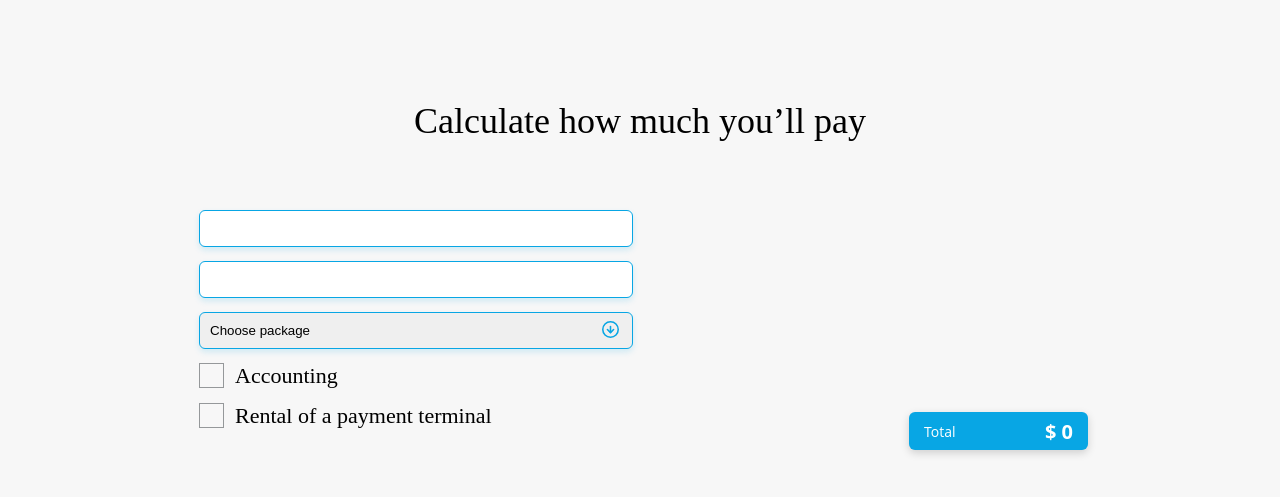
Repository: VolodymyrDubnytskyi/BestShop_project
Page: inedx2.html
These files come from the project's save history. The page is drawn as it stood at one moment and after the next save; the edit follows.
The browser window is 1280 px wide. The pictures show the whole page.

Above is the page before, as saved 2020-01-20 19:47:18.

### inedx2.html
<!DOCTYPE html>
<html lang="en">

<head>
    <meta charset="UTF-8">
    <meta name="viewport" content="width=device-width, initial-scale=1.0">
    <meta http-equiv="X-UA-Compatible" content="ie=edge">
    <title>Document</title>
    <link rel="stylesheet" href="css/style.css">

</head>

<body>
    <div class="calculate-bg">
        <section class="calculate-main">
            <h2 class="calculate-heading">Calculate how much you’ll pay</h2>
            <form action="" class="calculate-form">

                <div class="calculate-box calculate-box-inputs">
                    <input type="number" name="productsQuantity" id="quantity">
                    <input type="number" name="ordersInmonth" id="inMonth">
                    <div class="custom-select-box">
                        <select name="package" id="package" class="selcet-package" aria-placeholder="Products quantity">
                                <option class="disable-option" disabled selected> Choose package</option>
                                <option value="basic">Basic</option>
                                <option value="professional">Professional</option>
                                <option value="premium">Premium</option>
                        </select>
                    </div>

                    <label class="container-new-chekbox container-new-chekbox-accounting ">
                        <input type="checkbox" id="checkboxAccounting">
                        <span class="checkmark"></span>
                        Accounting
                    </label>
                    <label class="container-new-chekbox container-new-chekbox-rental">
                        <input type="checkbox" name="" id="checkboxRental">
                        <span class="checkmark"></span>
                        Rental of a payment terminal
                    </label>


                </div>
            </form>
            <div class="calculate-box calculate-box-value">
                <div id="valueProducts">
                    <span id="products"></span>
                    <span id="productsCalculate"></span>
                    <span id="productsSum"></span>
                </div>
                <div id="valueOrders">
                    <span class="orders"></span>
                    <span class="ordersCalculate"></span>
                    <span class="ordersSum"></span>
                </div>
                <div id="valuePackage">
                    <span class="selectPackage"></span>
                    <span class="selectPackageCalculate"></span>
                    <span class=' selectPackageSum'></span>
                </div>
                <div id="valueAccounting">
                    <span class="accounting"></span>
                    <span class="accountingSum"></span>
                </div>
                <div id="valueTerminal">
                    <span class="terminal"></span>
                    <span class="terminalSum"></span>
                </div>

                <button id="submit" class="btn-submit"> <span class="spant-total-btn">Total</span><span>$ <span  class="for-new-el">0</span> </span></button>
            </div>

        </section>

    </div>
    <script src="js/main.js"></script>
</body>

</html>

### css/style.css
* {
  box-sizing: border-box;
  text-decoration: none;
  margin: 0;
  padding: 0;
}

/* * HEADER SECTION */
header {
  background: url(../img/Background.png) no-repeat center bottom/contain;
  height: 912px;
  width: 100%;
  position: relative;
}
.navbar-container {
  display: flex;
  justify-content: space-between;
  align-items: center;
  height: 100%;
}
.container {
  max-width: 1354px;
  margin: auto;
}
.navbar {
  background: #fff;
  box-shadow: 0px 3px 6px #00000029;
  height: 70px;
  margin-bottom: 138px;
}
.ul-list-nav {
  display: flex;
}
.ul-list-nav li {
  margin: 0 47px;
}
.ul-list-nav li:last-child {
  margin-right: 0;
}
.ul-list-nav li a {
  font: Bold 11px/15px "Open Sans";
  letter-spacing: 3.28px;
  color: #a5a5a5;
  text-transform: uppercase;
  padding: 28px 0 25px 0;
}
.ul-list-nav li a:hover {
  border: none;
  border-bottom: 4px solid #08a6e4;
  color: #000;
}
.logo {
  text-align: left;
  font-size: 32px;
  font-family: "Raleway", sans-serif;
  letter-spacing: 0;
  color: #08a6e4;
  line-height: 38px;
}
/* toggle menu navbar */
.toggle-menu {
  display: none;
  cursor: pointer;
}
.toggle-menu span {
  width: 36px;
  height: 4px;
  background: #07ace6;
  display: block;
  margin-bottom: 8px;
  transition: 0.5s;
  position: relative;
}
.toggle-menu span:nth-child(1) {
  transform-origin: left;
}
.toggle-menu span:nth-child(2) {
  transform-origin: center;
}
.toggle-menu span:nth-child(3) {
  transform-origin: left;
}

.toggle-menu.active-toggle span:nth-child(1) {
  transform: rotate(45deg);
  left: 2px;
}
.toggle-menu.active-toggle span:nth-child(2) {
  transform: rotate(315deg);
  right: 2px;
}
.toggle-menu.active-toggle span:nth-child(3) {
  transform: scaleX(0);
}

.toggle-mobil-active {
  display: block;
  width: 100%;
  height: 176px;
  position: absolute;
  top: -999px;
  background: #ffffff 0% 0% no-repeat padding-box;
  box-shadow: 0px 3px 6px #00000029;
  transition-duration: 0.3s;
}
.toggle-mobil-active .toggle-list {
  display: flex;
  flex-direction: column;
  width: 100%;
  height: 100%;
  padding: 5%;
  letter-spacing: 3.28px;
}

.toggle-list li a {
  font: Bold 11px/15px "Open Sans";
  color: #a5a5a5;
  text-transform: uppercase;
  width: 100%;
  height: 100%;
  display: inline-block;
  padding: 7px 0;
}
.toggle-mobil-active .toggle-list li:hover a {
  color: #000000;
}

/* *Bg-img + h1 content */
.section-for-h1 {
  display: flex;
  justify-content: center;
  align-items: flex-start;
}
h1 {
  text-align: center;
  font: 49px/59px;
  font-size: 49px;
  line-height: 59px;
  font-weight: 550;
  font-family: "Raleway", sans-serif;
  letter-spacing: 0;
  color: #000000;
}
.text-under-h1-line {
  text-align: center;
  font: 400 16px/22px "Open Sans";
  letter-spacing: 0;
  color: #000000;
  margin: 20px 0 38px 0;
}
.open-your-shop-btn {
  background: #08a6e4 0% 0% no-repeat padding-box;
  box-shadow: 5px 10px 14px #07ace629;
  border-radius: 40px;
  font: Bold 16px/22px "Open Sans";
  letter-spacing: 0;
  color: #fff;
  padding: 23px 157px;
}
.open-your-shop-btn:hover {
  background: rgb(7, 134, 184);
  box-shadow: 5px 10px 14px rgba(5, 124, 167, 0.394);
}
/* bg-img */
.sales-platform {
  text-align: center;
  height: 454px;
}
.sales-platform-main-box {
  display: flex;
  justify-content: space-around;
  margin-top: 100px;
}
.sales-platform-boxes {
  position: relative;
  width: 167px;
  height: 176px;
}
.sales-platform-boxes * {
  padding: 10px;
}
.sales-platform-heading {
  flex-basis: 100%;
  text-align: center;
  font: 400 36px/43px "Raleway";
  letter-spacing: 0;
  color: #000000;
}

.circle {
  height: 62px;
  width: 62px;
  border-radius: 50%;
  margin: 10px auto;
}
.circle-red {
  background: #fb3b64 0% 0% no-repeat padding-box;
}
.circle-blue {
  background: #08a6e4 0% 0% no-repeat padding-box;
}
.circle-green {
  background: #55dfb4 0% 0% no-repeat padding-box;
}
/* icons absolute */
.img-absolut {
  position: absolute;
  right: 26px;
  top: 7px;
}
.absotul-img-mid {
  top: 12px;
}

.sales-platform-box-content {
  text-align: center;
  font: 400 17px/20px "Raleway";
  letter-spacing: 0;
  color: #a5a5a5;
}
/* Main */
main {
  background: #f7f7f7 0% 0% no-repeat padding-box;
  /* height: 1395px; */
}
main hr {
  width: 84%;
  height: 0px;
  margin-left: 35px;
}
main h2 {
  text-align: left;
  font: 550 36px/43px "Raleway";
  letter-spacing: 0;
  color: #000000;
}
main p {
  text-align: left;
  font: 400 16px/22px "Open Sans";
  letter-spacing: 0;
  color: #000000;
}
.main-content-boxes {
  height: 370px;
  width: 100%;
  display: flex;
  background-color: #fff;
  margin-bottom: 37px;
  border: 1px solid #e8e9ed;
  border-radius: 5px;
}
.main-content-boxes:last-child {
  margin: 0;
}
.main-content-container {
  max-width: 1354px;
  height: 100%;
  padding: 105px 115px;
}
.main-content-info-box {
  width: 50%;
}
.main-content-img-box {
  width: 50%;
  position: relative;
  display: flex;
  justify-content: center;
}
.rhombus-div {
  width: 180px;
  height: 180px;
  transform: matrix(0.71, 0.71, -0.71, 0.71, 0, 0);
  background: #fb3b64 0% 0% no-repeat padding-box;
  border-radius: 41px;
  margin-left: 229px;
  margin-top: 68px;
}
.main-content-info-box h2 {
  padding: 97px 0 0 35px;
}
.main-content-info-box p {
  padding: 30px 133px 50px 35px;
}
.main-content-img {
  position: absolute;
  bottom: 0;
  padding-bottom: 10%;
}
.hr-for-first-box {
  border: 4px solid #fb3b64;
}

/* Acrticle 2 in main ceontent */
.blue-circle {
  width: 320px;
  height: 320px;
  background: #07ace6 0% 0% no-repeat padding-box;
  border-radius: 50%;
}
.main-content-boxes .main-content-img-box:nth-child(1) {
  align-items: center;
  justify-content: center;
}
.main-content-img-phone {
  padding: 0;
}
h2.main-h2-second-arcticle {
  padding: 75px 198px 0 35px;
}
.hr-for-second-box {
  border: 4px solid #08a6e4;
}
/* LAST BOXES */
.main-content-boxes-split-for-two {
  background-color: #f7f7f7;
  border: none;
}
.maint-contet-last-box-one {
  width: 623px;
  height: 370px;
  margin-right: 70px;
  background-color: #fff;
  border: 1px solid #e8e9ed;
  border-radius: 5px;
}
.maint-contet-last-box-second {
  width: 440px;
  height: 370px;
  background-color: #fff;
  border: 1px solid #e8e9ed;
  border-radius: 5px;
  background: #55dfb4 0% 0%;
  display: flex;
  justify-content: center;
  align-items: center;
  background-image: url(../img/Trumpet.png);
  background-repeat: no-repeat;
  background-size: 290px 180px;
  background-position: center ;

}

.maint-contet-last-box-one > h2 {
  padding: 97px 159px 0 35px;
}
.maint-contet-last-box-one > p {
  padding: 30px 15px 40px 35px;
}
.maint-contet-last-box-one > hr {
  border: 4px solid #55dfb4;
}
/* FOOTER: SECTION WHITH PRICES AND FORM */
.pricing-section {
  text-align: center;
}
.pricing-section h2 {
  text-align: center;
  font: 400 36px/43px "Raleway";
  letter-spacing: 0;
  color: #000000;
  margin-top: 106px;
}
.pricing-box-main {
  display: flex;
  justify-content: space-around;
  align-items: center;
  height: 100%;
  margin-top: 50px;
}
.pricing-box-main .pricing-box:first-child {
  border: 1px solid #fb3b64;
}
.pricing-box-main .pricing-box:nth-child(2) {
  border: 1px solid #07ace6;
}
.pricing-box-main .pricing-box:last-child {
  border: 1px solid #55dfb4;
}
.pricing-box {
  height: 461px;
  width: 372px;
  border-radius: 18px;
  display: flex;
  flex-direction: column;
  justify-content: center;
  align-items: center;
  margin: 0 10px;
}
.pricing-box h3 {
  text-align: left;
  font: Bold 20px/41px "Raleway";
  letter-spacing: 0;
  color: #13253b;
}
.pricing-box h4 {
  text-align: left;
  font: 300 46px/41px "Open Sans";
  letter-spacing: 0;
  color: #fb3b64;
  margin: 15px 0 60px 0;
}
.pricing-box-professional h4 {
  color: #07ace6;
}
.pricing-box-premium h4 {
  color: #55dfb4;
}

.pricing-box-content::before,
.pricing-box-content-dont-ofer::before {
  content: "\f00c";
  font-size: 6px;
  font-weight: bold;
  font-family: "Font Awesome 5 Free";
  border: 1px solid #55dfb4;
  margin-right: 7px;
  padding: 2px;
  border-radius: 2px;
  color: #55dfb4;
}
.pricing-box-content-dont-ofer::before {
  content: "\f00d";
  border: 1px solid #eb476e;
  color: #eb476e;
}
.pricing-box-content {
  font: 400 14px/41px "Open Sans";
  letter-spacing: 0;
  color: #000000;
}
.pricing-box .heading-after-limited-offer::after {
  content: "limited ofer";
  font: Bold 12px/1px "Raleway";
  letter-spacing: 0;
  color: #13253b;
  display: block;
  margin-top: 7px;
}
.pricing-box-professional {
  height: 500px;
  width: 405px;
  box-shadow: 5px 10px 27px #07ace629;
}
.pricing-box-professional:hover {
  box-shadow: 5px 10px 34px rgba(6, 125, 169, 0.401);
}
.pricing-box-main .pricing-box-basic:hover {
  box-shadow: 0px 5px 15px #fb3b64;
}
.pricing-box-main .pricing-box-premium:hover {
  box-shadow: 0px 5px 15px #55dfb4;
}
.begin-links {
  text-align: left;
  font: Bold 13px/41px "Open Sans";
  letter-spacing: 0;
  color: #ffffff;
  background: #eb476e;
  border-radius: 23px;
  width: 150px;
  padding: 2px;
  text-align: center;
  position: relative;
  top: 40px;
}
.begin-links-professional {
  top: 59px;
  background: #07ace6;
  box-shadow: 5px 10px 14px #07ace629;
}
.begin-links-premium {
  background: #55dfb4;
}

.pricing-box-heading {
  display: flex;
  justify-content: center;
  align-items: center;
  flex-direction: column;
}
.pricing-container-for-content {
  display: flex;
  flex-direction: column;
  justify-content: center;
  align-items: center;
}
.begin-links-basic:hover {
  background: linear-gradient(rgb(184, 56, 86), #eb476e);
}
.begin-links-professional:hover {
  background: linear-gradient(rgb(5, 111, 150), #07ace6);
}
.begin-links-premium:hover {
  background: linear-gradient(rgb(61, 165, 132), #55dfb4);
}

/* * FORM AND CONTACT SECTION */
.form-main {
  height: 721px;
  display: flex;
  justify-content: center;
  align-items: center;
}
.form-and-questions-box {
  display: flex;
  width: 896px;
}
.questions-box {
  display: flex;
  flex-wrap: wrap;
  flex-basis: 50%;
  height: 210px;
}
.form-box {
  flex-basis: 50%;
}
.form-box form {
  flex-basis: 50%;
  display: flex;
  flex-direction: column;
}
.questions-box h2 {
  font: 550 49px/59px "Raleway";
  letter-spacing: 0;
  color: #000000;
  margin-bottom: 22px;
  flex-basis: 100%;
}
.questions-box p {
  font: 500 16px/22px "Open Sans";
  letter-spacing: 0;
  color: #000000;
  margin-bottom: 42px;
  flex-basis: 100%;
}
.questions-box span {
  font: 500 16px/22px "Open Sans";
  letter-spacing: 0;
  color: #a5a5a5;
  display: flex;
  justify-content: center;
  align-items: center;
}
.questions-box .mail-icon::before {
  content: url(../img/Mail\ Icon.svg);
  padding-right: 12px;
}
.questions-box .phone-icon::before {
  content: url(../img/Phone\ Icon.svg);
  padding-right: 10px;
  margin-left: 24px;
}
/* Form */
form input:nth-child(2n) {
  padding: 20px;
  border: none;
  border-bottom: 1px solid #95989a;
  margin-bottom: 35px;
}
.i-agree-terms {
  display: flex;
}
.container-new-chekbox {
  display: block;
  position: relative;
  margin-right: 35px;
  margin-bottom: 12px;
  cursor: pointer;
  font-size: 22px;
  user-select: none;
}
.container-new-chekbox input {
  position: absolute;
  opacity: 0;
  cursor: pointer;
  height: 0;
  width: 0;
}
.checkmark {
  position: absolute;
  top: 0;
  left: 0;
  height: 25px;
  width: 25px;
  border: 1px solid #95989a;
}
.checkmark:after {
  content: "";
  position: absolute;
  display: none;
}
.container-new-chekbox input:checked ~ .checkmark:after {
  display: block;
}
.container-new-chekbox .checkmark:after {
  left: 4px;
  top: 4px;
  width: 70%;
  height: 70%;
  background: url(../img/Checkmark.svg) no-repeat center/cover;
}
.i-agree-terms div {
  text-align: left;
  font: 400 12px/17px "Open Sans";
  letter-spacing: 0;
  color: #707070;
}
.lables {
  text-align: left;
  font: Bold 11px/15px "Open Sans";
  letter-spacing: 3.28px;
  color: #08a6e4;
  text-transform: uppercase;
}

.btn-send {
  box-shadow: 5px 10px 14px #07ace629;
  border-radius: 35px;
  background: #08a6e4;
  padding: 20px 97px;
  font: Bold 13px/18px "Open Sans";
  letter-spacing: 0;
  color: #fff;
  border: none;
  margin-top: 25px;
  position: relative;
}
.btn-send:hover {
  background: linear-gradient(90deg, rgba(2, 0, 36, 1) 0%, rgba(9, 9, 121, 1) 4%, rgba(8, 166, 228, 1) 100%);
}
.loading {
  display: inline-block;
  width: 40px;
  height: 40px;
  border: 6px solid #fff;
  border-top-color: #08a6e4;
  border-left-color: #08a6e4;
  border-radius: 50%;
  position: absolute;
  top: 20%;
  left: 41%;
  transform: translate(30%, 50%);
  animation: circle 0.9s linear infinite;
}
@keyframes circle {
  0% {
    transform: rotate(0deg);
  }
  100% {
    transform: rotate(360deg);
  }
}
.button-box {
  display: flex;
  justify-content: flex-end;
}
.social-networks-main {
  width: 100%;
  height: 89px;
  background: #f7f7f7;
  box-shadow: 0px -5px 40px #00000029;
}
.social-networks-box {
  height: 100%;
  display: flex;
  justify-content: space-between;
  align-items: center;
}
.logo-footer {
  font: 300 26px/31px "Raleway";
}
.social-networks-logo > p {
  font: 400 11px/15px "Open Sans";
  letter-spacing: 0;
  color: #a5a5a5;
  margin-top: 6px;
}
.social-networks-links a:first-child {
  margin-right: 20px;
}
.social-networks-links a:hover {
  cursor: pointer;
}

/* ///////////////////////////////////////////// */

.calculate-bg {
  background: #f7f7f7;
  display: flex;
  justify-content: center;
  align-items: center;
  height: 550px;
}
.calculate-main {
  display: flex;
  justify-content: center;
  align-items: center;
  flex-wrap: wrap;
  flex-basis: 70%;
  position: relative;
  height: 350px;
}
.calculate-form {
  display: flex;
  flex-basis: 50%;
  height: 100%;
}
.calculate-heading {
  flex-basis: 100%;
  margin-bottom: 60px;
  text-align: center;
  font: 500 36px/43px "Raleway";
  letter-spacing: 0;
  color: #000000;
}
.calculate-box {
  flex-basis: 50%;
  display: flex;
  flex-direction: column;
  background: #f7f7f7;
}
.calculate-box-value {
  height: 100%;
  padding-left: 50px;
}
.calculate-box-inputs {
  flex-basis: 100%;
  position: relative;
}
.calculate-form .calculate-box-inputs input,
.calculate-form .calculate-box-inputs select {
  margin: 7px;
  padding: 10px;
  border: 1px solid #08a6e4;
  box-shadow: 0px 3px 6px #08a6e429;
  border-radius: 6px;
}
.calculate-form .calculate-box-inputs div {
  margin: 7px;
}
.calculate-form .calculate-box-inputs select {
  margin: 0;
  width: 100%;
  outline: none;
}

.calculate-box-value div {
  display: none;
  justify-content: space-between;
  align-items: center;
  background: #55dfb4;
  box-shadow: 0px 3px 6px #00000029;
  border-radius: 6px;
  margin: 3px;
  padding: 10px;
  height: 32px;
  border: none;
  font: 400 14px/19px "Open Sans";
  letter-spacing: 0;
  color: #ffffff;
}
.btn-submit {
  background: #08a6e4;
  box-shadow: 0px 3px 8px #00000029;
  border-radius: 6px;
  border: none;
  width: 179px;
  height: 38px;
  position: absolute;
  right: 0;
  bottom: 0;
  display: flex;
  justify-content: space-between;
  align-items: center;
  padding: 5px 15px;
}
.btn-submit span {
  font: 400 14px/19px "Open Sans";
  letter-spacing: 0;
  color: #ffffff;
}
.btn-submit span:last-child {
  font: Bold 20px/27px "Open Sans";
}

.calculate-box .container-new-chekbox {
  margin: 7px;
  padding-left: 36px;
}
.selcet-package {
  background-image: url(../img/Arrow\ Down.svg);
  background-repeat: no-repeat;
  background-size: 4%;
  background-position-x: 97%;
  background-position-y: 45%;
  -webkit-appearance: none;
  cursor: pointer;
}

.selcet-package option {
  display: none;
}
.selcet-package-activ-arrow {
  background-image: url(../img/method-draw-image.svg);
}

.disable-option span {
  font: 400 13px/18px "Open Sans";
  letter-spacing: 0;
  color: #a5a5a5;
}

#valueProducts {
  display: none;
}

/*
 */

.select-option-custome {
  position: absolute;
  background: #ffffff;
  box-shadow: 0px 3px 6px #eb476e29;
  border: 1px solid #eb476e;
  border-radius: 6px;
  width: 97%;
  height: 105px;
  z-index: 2;
  display: flex;
  flex-direction: column;
  bottom: 83px;
  text-align: left;
  font: 400 13px/18px "Open Sans";
  letter-spacing: 0;
  color: #000000;
}
.select-option-custome .span-select {
  padding: 8px;
  cursor: pointer;
  /* display: block; */
}
.select-option-custome .span-select:hover {
  background-color: #eb476d1d;
}
/* main rwd */
/* rwd nav */
@media(min-width:1800px){
  header{
    height: 1200px;
  }
}
@media (max-width: 1200px) {
  .ul-list-nav li {
    margin: 0 27px;
  }
  .main-content-container {
    padding: 30px;
  }
}
@media (max-width: 978px) {
  .main-content-img {
    transform: scale(0.7);
  }
  .rhombus-div {
    margin-left: 86px;
    margin-top: 126px;
    width: 127px;
    height: 127px;
  }
  .main-content-info-box h2 {
    padding: 131px 0 0 20px;
  }
  .main-content-info-box p {
    padding: 20px 12px 20px 20px;
  }
  .main-content-info-box hr {
    margin-left: 20px;
  }
  .blue-circle {
    width: 220px;
    height: 220px;
  }

  .main-content-info-box .main-h2-second-arcticle {
    padding: 50px 15px 15px 5px;
  }
  .main-content-info-box .main-h2-second-arcticle {
    padding: 50px 15px 15px 5px;
  }
  .main-content-info-box .second-arcticle-p {
    padding: 20px 15px 20px 5px;
  }
  .main-content-info-box .hr-for-second-box {
    margin-left: 5px;
  }
  .main-content-boxes-split-for-two .maint-contet-last-box-one {
    margin: 0;
  }
  .main-content-boxes-split-for-two .maint-contet-last-box-one h2 {
    padding: 52px 99px 0 15px;
  }
  .main-content-boxes-split-for-two .maint-contet-last-box-one p {
    padding: 30px 15px 20px 15px;
  }
  .main-content-boxes-split-for-two .maint-contet-last-box-one hr {
    margin-left: 15px;
  }
  .form-and-questions-box {
    padding: 0 20px;
  }
}
@media (max-width: 800px) {
  .ul-list-nav {
    display: none;
  }
  .toggle-menu {
    display: block;
    margin-right: 5%;
  }
  .logo {
    margin-left: 4%;
  }
  .social-networks-links{
    margin-right: 4%;
  }
  .section-for-h1 {
    padding-top: 249px;
  }
  .navbar {
    position: absolute;
    width: 100%;
    top: 0;
    z-index: 2;
    margin-bottom: 0;
  }
  .social-networks-logo p {
    margin-left: 5%;
  }
}
@media (max-width: 660px) {
  header {
    height: 800px;
  }
  .open-your-shop-btn {
    padding: 20px 127px;
  }

  /* main */
  .main-content-boxes{
    height: 480px;
    width: 90%;
    flex-direction: column;
    margin: auto;
    margin-bottom: 30px;
  }
  .main-content-info-box{
    height: 50%;
    width: 100%;
    padding: 15px;
    padding-top: 0;
  }
  .main-content-info-box hr,
  .hr-for-third-box {
    display: none;
  }
  .main-content-info-box h2{
    padding: 0 20px;
  }
  .main-content-img-box {
    height: 50%;
    width: 100%;
    padding: 15px;
    bottom: -20px
  }
  .main-content-boxes .main-content-img-box:nth-child(1){
    bottom: auto;
  }
  .main-content-img{
    transform: scale(0.5);
  }
  /* BE ALWAYS FRIST SECTION LAPTOP IMG */
  .main-content-boxes-laptop{
    flex-direction: column-reverse;
  }
  .main-content-boxes-laptop .main-content-info-box {
    display: flex;
    flex-direction: column;
    justify-content: flex-end;
    padding: 15px;
  }
  .main-content-boxes-laptop .main-content-img{
    padding: 0;
    bottom: 0;
  }
  .rhombus-div{
    margin-top: 0;
  }

  /* YOR SHOP IS WHERE YOU ARE SECTION PHONE IMG */
  .blue-circle{
       width: 160px;
       height: 160px;
  }
  .main-content-img-phone{
    bottom: auto;
  }
  .main-content-info-box .main-h2-second-arcticle {
    padding: 10px 20px;
  }
  .main-content-info-box .second-arcticle-p{
    padding: 0 20px ;
  }

  /* INCREASW RECOGNITION YOUR BRAND SECTION */
  .main-content-boxes.main-content-boxes-split-for-two{
    margin: auto;
    height: 600px;
  }
  .maint-contet-last-box-one{
    width: 100%;
    padding: 15px;
    height: 58%;
  }
  .maint-contet-last-box-second{
    width: 100%;
    height: 42%;
  }
  .maint-contet-last-box-second{
    background-size: 300px 220px;
    background-position: center 45px;
  }


  /* form-and-questions-section */
  .form-and-questions-box{
    flex-direction: column;
  }
  .questions-box{
    margin-bottom: 40px;
  }

  .questions-box .mail-icon,
  .questions-box .phone-icon{
    flex-basis: 100%;
    justify-content: flex-start;
  }
  .questions-box .phone-icon::before{
    margin: 0;
  }

  /*  */
  .pricing-box-main {
    flex-direction: column;
  }
  .pricing-box {
    flex-direction: row;
    margin: 16px;
    height: 283px;
    width: 340px;
    position: relative;
  }
  .pricing-box-basic {
  }
  .pricing-box-professional {
    width: 400px;
    height: 311px;
  }
  .pricing-box-premium {
  }
  .begin-links {
    position: absolute;
    bottom: -20px;
    top: auto;
  }
  .pricing-box-heading {
    flex-basis: 50%;
  }
  .pricing-container-for-content {
    flex-basis: 50%;
    align-items: flex-start;
  }
  footer{
    margin-bottom: 50px;
  }
  .btn-send{
    padding: 14px 81px;
  }
}
@media (max-width:480px){
  /* SALES PLATROFRM SECTION */
  .sales-platform{
    height: auto ;
  }
  .sales-platform-main-box{
    flex-direction: column;
    align-items: center;
  }
  .sales-platform-boxes{
    margin: 10px 0;
  }
  .main-content-info-box h2{
    font: 549 26px/34px "Raleway";
  }
 .rhombus-div{
   width: 100px;
   height: 100px;
   margin-top: 25px;
 }
 .main-content-img{
   transform:scale(0.4);
 }
 .blue-circle{
   width:  120px ;
   height: 120px ;
  }
  .maint-contet-last-box-one > h2{

  }
  .main-content-boxes-split-for-two .maint-contet-last-box-one h2{
    font: 549 26px/34px "Raleway";
    padding: 20px 15px;
  }
  .pricing-box{
    width: 300px;
    height: 265px;
}
  .pricing-box-professional{
    width:340px ;
    height:265px ;
    margin: 20px 16px;
  }

}

Loaded but not shown: js/main.js (206 lines, source omitted)

After the next save:
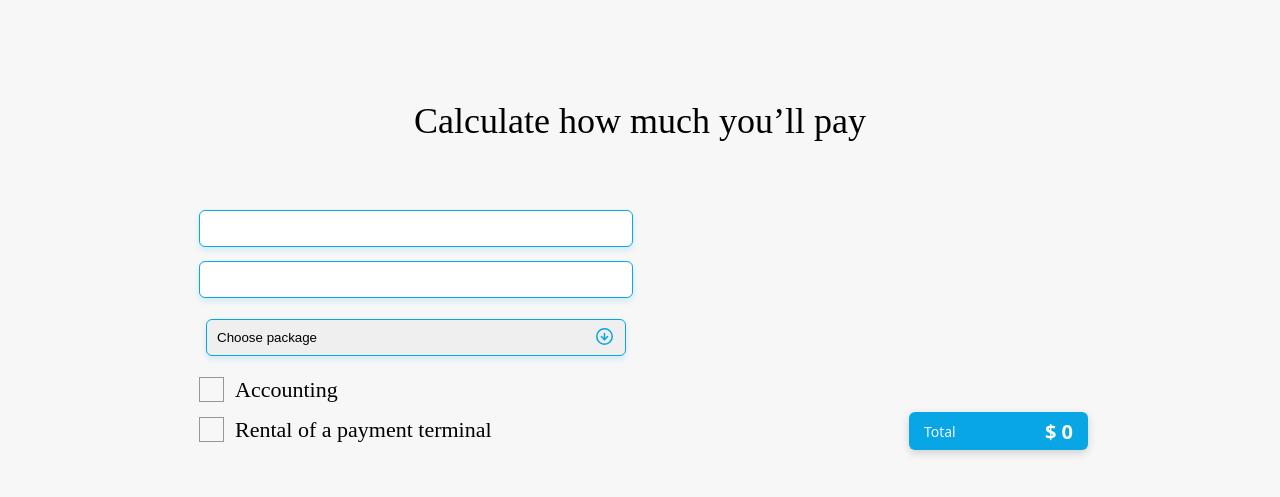
Saved 2 min 21 s later.
--- a/inedx2.html
+++ b/inedx2.html
@@ -20,12 +20,15 @@
                     <input type="number" name="productsQuantity" id="quantity">
                     <input type="number" name="ordersInmonth" id="inMonth">
                     <div class="custom-select-box">
-                        <select name="package" id="package" class="selcet-package" aria-placeholder="Products quantity">
+                        <div class="select-package-container">
+                            <select name="package" id="package" class="selcet-package"
+                                aria-placeholder="Products quantity">
                                 <option class="disable-option" disabled selected> Choose package</option>
                                 <option value="basic">Basic</option>
                                 <option value="professional">Professional</option>
                                 <option value="premium">Premium</option>
-                        </select>
+                            </select>
+                        </div>
                     </div>
 
                     <label class="container-new-chekbox container-new-chekbox-accounting ">
@@ -67,7 +70,8 @@
                     <span class="terminalSum"></span>
                 </div>
 
-                <button id="submit" class="btn-submit"> <span class="spant-total-btn">Total</span><span>$ <span  class="for-new-el">0</span> </span></button>
+                <button id="submit" class="btn-submit"> <span class="spant-total-btn">Total</span><span>$ <span
+                            class="for-new-el">0</span> </span></button>
             </div>
 
         </section>
